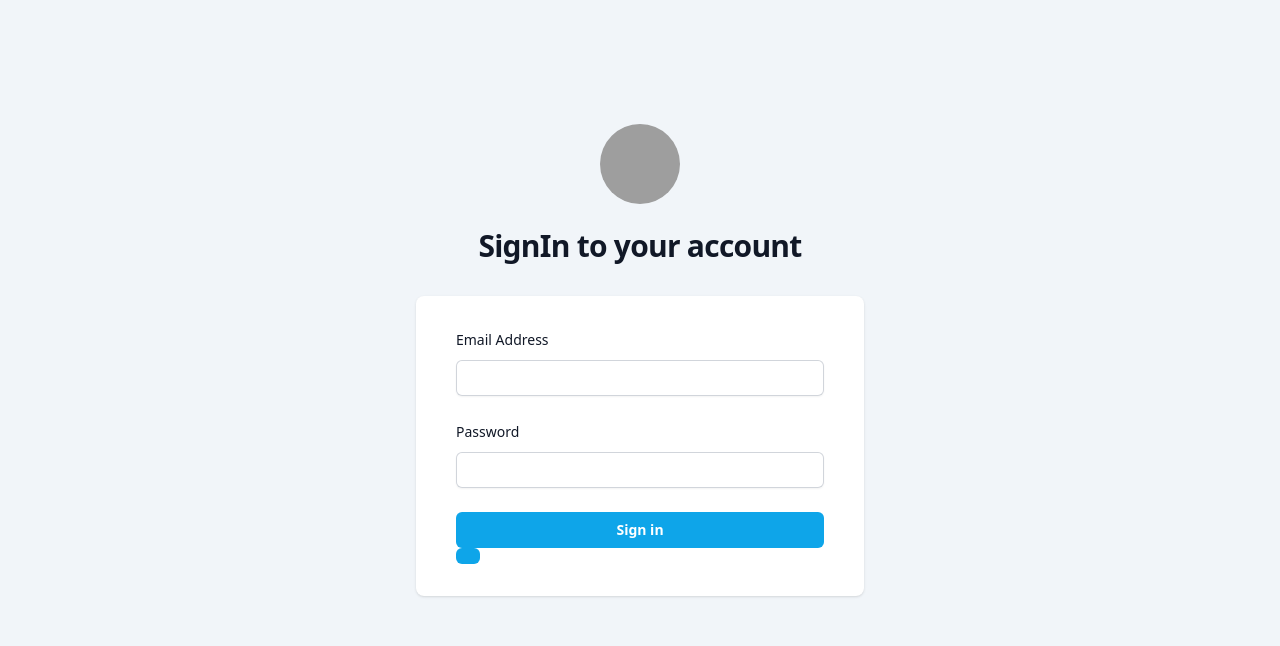
Repository: zecht12/zechtchat
Page: /
These files come from the project's save history. The page is drawn as it stood at one moment and after a run of saves; the edit follows.
The browser window is 1280 px wide. The pictures show the whole page.
Pictures or frames that could not be fetched are drawn as grey boxes. The page's requests for data from a server got no answer. The project was rebuilt for these pictures with package versions that can differ from the ones it lists, and the page was loaded fresh each time. The framework's server and built-in components were replaced by stand-ins that run in the browser. No one was signed in, and anything a server would have sent is missing. Also part of the build but not shown: next.config.js.

Above is the page before, as saved 2023-05-15 10:01:55.

### app/layout.tsx
import './globals.css'
import AuthContext from './context/AuthContext'

export const metadata = {
  title: 'ZechtChat',
  description: 'ZechtChat',
}

export default function RootLayout({
  children,
}: {
  children: React.ReactNode
}) {
  return (
    <html lang="en">
      <body>
        <AuthContext>
          {children}
        </AuthContext>
      </body>
    </html>
  )
}

### app/(site)/page.tsx
import Image from "next/image";
import Link from "next/link";
import { AuthForm } from "./components/AuthForm";

export default function Home() {
  return (
    <div className="flex min-h-full bg-slate-100 flex-col justify-center py-12 sm:px-6 lg:px-8">
      <div className="sm:mx-auto sm:w-full sm:max-w-md">
        <Link href="/">
          <Image src="/assets/logo.png" alt="logo" width={100} height={100} className="rounded-full w-[80px] mx-auto h-[80px] cursor-pointer hover:scale-110 " />
          <h2 className="mt-6 text-center font-bold text-3xl tracking-tight text-gray-900">
            SignIn to your account
          </h2>
        </Link>
      </div>
      <AuthForm/>
    </div>
  )
}

### app/globals.css
@tailwind base;
@tailwind components;
@tailwind utilities;

html,body,:root{
  height: 100%;
}

### app/context/AuthContext.tsx
"use client";

import { SessionProvider } from "next-auth/react";

export interface AuthContextProps {
    children: React.ReactNode;
}

export default function AuthContext({
    children
}: AuthContextProps) {
    return <SessionProvider>{children}</SessionProvider>;
}

### app/(site)/components/AuthForm.tsx
'use client';

import { signIn, useSession } from 'next-auth/react'
import { useRouter } from 'next/router';
import { FieldValues, SubmitHandler, useForm } from 'react-hook-form';
import React, { useCallback, useEffect, useState } from 'react'
import axios from 'axios';
import { toast } from "react-hot-toast";
import Input from '@/app/components/inputs/Input';
import Button from '@/app/components/Button';

type Variant = 'LOGIN' | 'REGISTER';

export const AuthForm = () => {
    const session = useSession();
    const router = useRouter();
    const [variant, setVariant] = useState<Variant>('LOGIN');
    const [isLoading, setIsLoading] = useState(false);

    useEffect(() => {
        if (session?.status === 'authenticated') {
            router.push('/conversations')
        }
    }, [session?.status, router]);

    const toggleVariant = useCallback(() => {
        if (variant === 'LOGIN') {
            setVariant('REGISTER');
        } else {
            setVariant('LOGIN');
        }
    }, [variant]);

        const {register,handleSubmit,formState: {errors,}} = useForm<FieldValues>({
            defaultValues: {
                name: '',
                email: '',
                password: ''
            }
        });

        const onSubmit: SubmitHandler<FieldValues> = (data) => {
            setIsLoading(true);
            if (variant === 'REGISTER') {
            axios.post('/api/register', data)
            .then(() => signIn('credentials', {
                ...data,
                redirect: false,
            }))
            .then((callback) => {
                if (callback?.error) {
                toast.error('Invalid credentials!');
                }
                if (callback?.ok) {
                router.push('/conversations')
                }
            })
            .catch(() => toast.error('Something went wrong!'))
            .finally(() => setIsLoading(false))
            }
            if (variant === 'LOGIN') {
            signIn('credentials', {
                ...data,
                redirect: false
            })
            .then((callback) => {
                if (callback?.error) {
                toast.error('Invalid credentials!');
                }
                if (callback?.ok) {
                router.push('/conversations')
                }
            })
            .finally(() => setIsLoading(false))
            }
        }

        const socialAction = (action: string) => {
            setIsLoading(true);
            signIn(action, { redirect: false })
            .then((callback) => {
                if (callback?.error) {
                toast.error('Invalid credentials!');
                }
                if (callback?.ok) {
                router.push('/conversations')
                }
            })
            .finally(() => setIsLoading(false));
        }

    return (
        <div className='mt-8 sm:mx-auto sm:w-full sm:max-w-md'>
            <div className='bg-white px-4 py-8 shadow sm:rounded-lg sm:px-10'>
                <form className='space-y-6' onSubmit={handleSubmit(onSubmit)}>
                    {variant === 'REGISTER' && (
                        <Input id='name' label='Name' register={register} errors={errors} />
                    )}
                    <Input id='email' label='Email Address' register={register} errors={errors} />
                    <Input id='password' label='Password' register={register} errors={errors} />
                    <div>
                        <Button disabled={isLoading} fullWidth type="submit">
                            {variant === 'LOGIN' ? 'Sign in' : 'Register'}
                        </Button>
                    </div>
                </form>
                <div>
                    <Button>

                    </Button>
                </div>
            </div>
        </div>
    )
}

### app/components/inputs/Input.tsx
'use client';

import clsx from "clsx";
import { FieldErrors, FieldValues, UseFormRegister } from "react-hook-form";

interface InputProps {
    label: string;
    id: string;
    type?: string;
    required?: boolean;
    register: UseFormRegister<FieldValues>,
    errors: FieldErrors
    disabled?: boolean;
}

const Input: React.FC<InputProps> = ({label,id,register,required,errors,type = 'text',disabled,}) => {
    return (
        <div>
            <label htmlFor={id} className="block text-sm font-medium leading-6 text-gray-900">
                {label}
            </label>
            <div className="mt-2">
                <input id={id} type={type} autoComplete={id}disabled={disabled} {...register(id, { required })}className={clsx(`form-input block w-full rounded-md border-0 py-1.5 text-gray-900 shadow-sm ring-1 ring-inset ring-gray-300 placeholder:text-gray-400 focus:ring-2 focus:ring-inset focus:ring-sky-600 sm:text-sm sm:leading-6`, errors[id] && 'focus:ring-rose-500', disabled && 'opacity-50 cursor-default')}/>
            </div>
        </div>
    );
}

export default Input;

### app/components/Button.tsx
import clsx from "clsx";

interface ButtonProps {
    type?: "button" | "submit" | "reset" | undefined;
    fullWidth?: boolean;
    children?: React.ReactNode;
    onClick?: () => void;
    secondary?: boolean;
    danger?: boolean;
    disabled?: boolean;
}

const Button: React.FC<ButtonProps> = ({type = "button",fullWidth,children,onClick,secondary,danger,disabled,}) => {
    return (
        <button onClick={onClick} type={type} disabled={disabled} className={clsx(`flex justify-center rounded-md px-3 py-2 text-sm font-semibold focus-visible:outline focus-visible:outline-2 focus-visible:outline-offset-2 `,disabled && 'opacity-50 cursor-default',fullWidth && 'w-full',secondary ? 'text-gray-900' : 'text-white',danger && 'bg-rose-500 hover:bg-rose-600 focus-visible:outline-rose-600',!secondary && !danger && 'bg-sky-500 hover:bg-sky-600 focus-visible:outline-sky-600')}>
            {children}
        </button>
    );
}

export default Button;

### tailwind.config.js
/** @type {import('tailwindcss').Config} */
module.exports = {
  content: [
    './pages/**/*.{js,ts,jsx,tsx,mdx}',
    './components/**/*.{js,ts,jsx,tsx,mdx}',
    './app/**/*.{js,ts,jsx,tsx,mdx}',
  ],
  theme: {
    extend: {},
  },
  plugins: [
    require("@tailwindcss/forms")({
      strategy: 'class'
    })
  ],
}

Loaded but not shown: app/(site)/layout.tsx (common file)

After the next 4 saves:
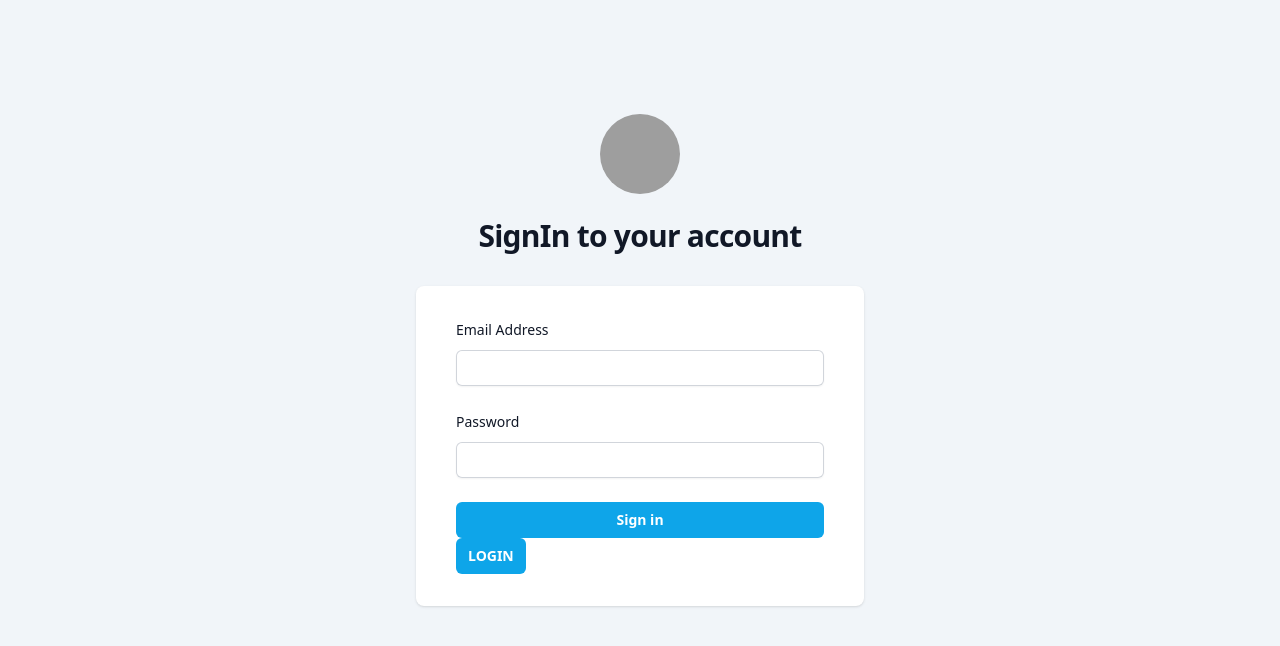
The 4 saves are shown as one change because they came seconds apart.
The last was saved 21 s later.
--- a/app/(site)/components/AuthForm.tsx
+++ b/app/(site)/components/AuthForm.tsx
@@ -106,7 +106,7 @@
                 </form>
                 <div>
                     <Button>
-
+                        {variant}
                     </Button>
                 </div>
             </div>

After the 4 saves that followed:
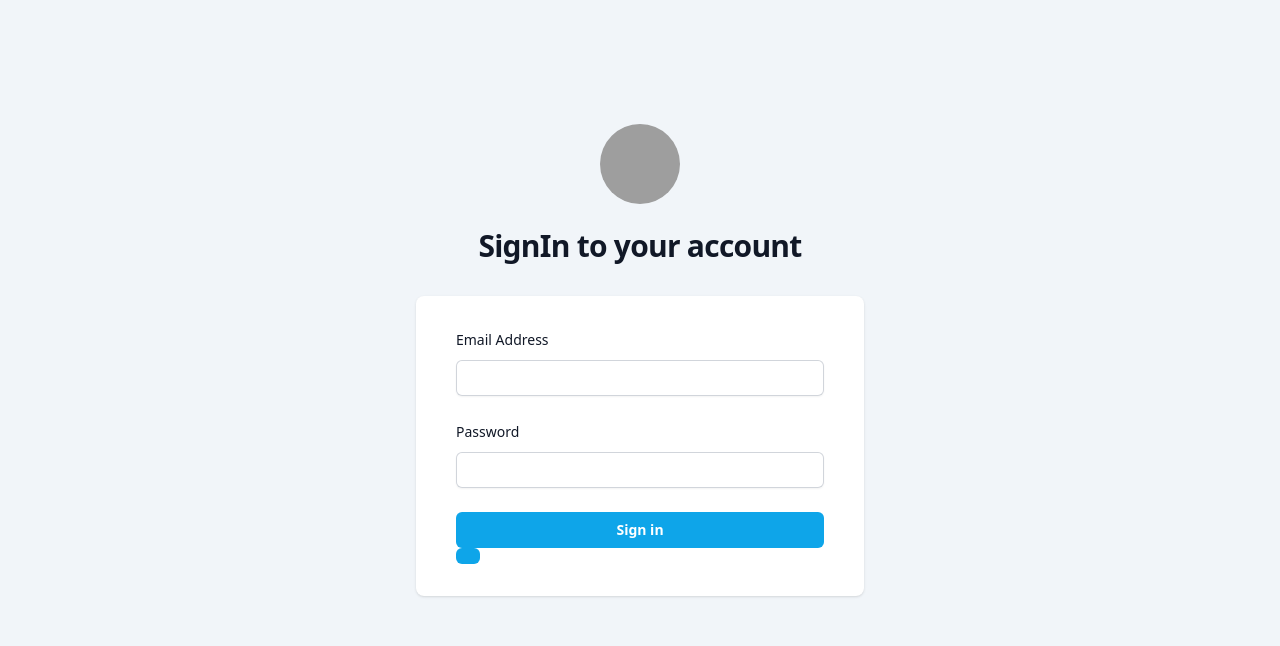
The 4 saves are shown as one change because they came seconds apart.
The last was saved 14 s later.
--- a/app/(site)/components/AuthForm.tsx
+++ b/app/(site)/components/AuthForm.tsx
@@ -106,7 +106,7 @@
                 </form>
                 <div>
                     <Button>
-                        {variant}
+                        {variant === 'LOGIN'}
                     </Button>
                 </div>
             </div>
